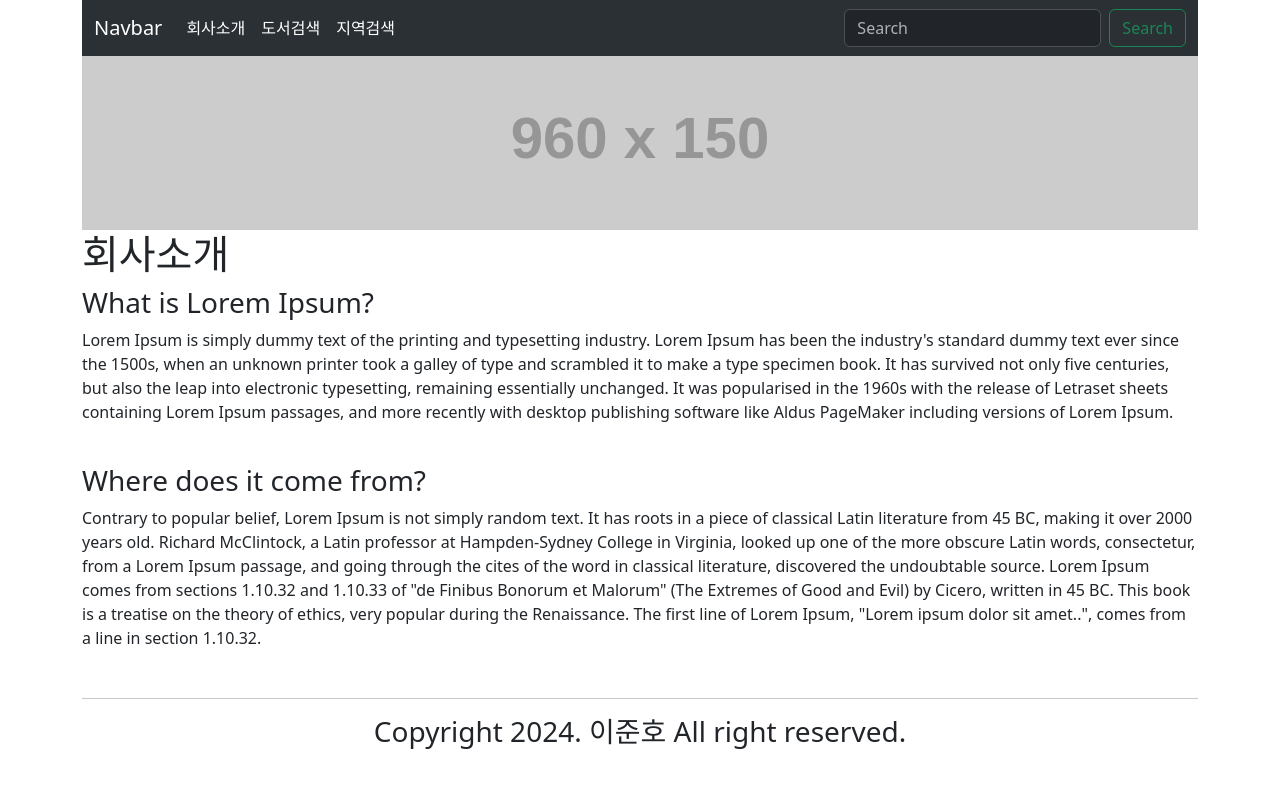
Repository: Simon-JunhoLee/KOSMO_JSP
Page: http://localhost/ex01/
The author's editor kept a copy of each file at every save. The page is drawn from the files as they stood at one save, then again after the next save.
The browser window is 1280 px wide. The pictures show the whole page.
The page is served by Tomcat 9. Other server files are loaded and not shown.

Above is the page before, as saved 2024-04-29 02:41:47.

### ex01/src/main/webapp/home.jsp
<%@ page language="java" contentType="text/html; charset=UTF-8"
    pageEncoding="UTF-8"%>
<!DOCTYPE html>
<html>
<head>
	<meta charset="UTF-8">
	<title>홈페이지</title>
	<link href="https://cdn.jsdelivr.net/npm/bootstrap@5.3.3/dist/css/bootstrap.min.css" rel="stylesheet" integrity="sha384-QWTKZyjpPEjISv5WaRU9OFeRpok6YctnYmDr5pNlyT2bRjXh0JMhjY6hW+ALEwIH" crossorigin="anonymous">
	<script src="https://cdn.jsdelivr.net/npm/bootstrap@5.3.3/dist/js/bootstrap.bundle.min.js" integrity="sha384-YvpcrYf0tY3lHB60NNkmXc5s9fDVZLESaAA55NDzOxhy9GkcIdslK1eN7N6jIeHz" crossorigin="anonymous"></script>
</head>
<body>
	<div class="container">
		<jsp:include page="menu.jsp"/>
		<jsp:include page="top.jsp"/>
		<jsp:include page="${pageName}"/>
		<jsp:include page="bottom.jsp"/>
	</div>
</body>
</html>

### ex01/src/main/webapp/menu.jsp
<%@ page language="java" contentType="text/html; charset=UTF-8"
    pageEncoding="UTF-8"%>
<nav class="navbar bg-dark navbar-expand-lg bg-body-tertiary" data-bs-theme="dark">
	<div class="container-fluid">
		<a class="navbar-brand" href="#">Navbar</a>
		<button class="navbar-toggler" type="button" data-bs-toggle="collapse"
			data-bs-target="#navbarSupportedContent"
			aria-controls="navbarSupportedContent" aria-expanded="false"
			aria-label="Toggle navigation">
			<span class="navbar-toggler-icon"></span>
		</button>
		<div class="collapse navbar-collapse" id="navbarSupportedContent">
			<ul class="navbar-nav me-auto mb-2 mb-lg-0">
				<li class="nav-item">
					<a class="nav-link active" aria-current="page" href="/">회사소개</a>
				</li>
				<li class="nav-item">
					<a class="nav-link active" aria-current="page" href="/kakao/book">도서검색</a>
				</li>
				<li class="nav-item">
					<a class="nav-link active" aria-current="page" href="/kakao/local">지역검색</a>
				</li>
			</ul>
			<form class="d-flex" role="search">
				<input class="form-control me-2" type="search" placeholder="Search"
					aria-label="Search">
				<button class="btn btn-outline-success" type="submit">Search</button>
			</form>
		</div>
	</div>
</nav>

### ex01/src/main/webapp/top.jsp
<%@ page language="java" contentType="text/html; charset=UTF-8"
    pageEncoding="UTF-8"%>
<div>
	<img alt="" src="http://via.placeholder.com/960x150" width="100%">
</div>

### ex01/src/main/webapp/about.jsp
<%@ page language="java" contentType="text/html; charset=UTF-8"
    pageEncoding="UTF-8"%>
<div>
	<h1>회사소개</h1>
	<h3>What is Lorem Ipsum?</h3>
	<p>Lorem Ipsum is simply dummy text of the printing and typesetting industry.
	Lorem Ipsum has been the industry's standard dummy text ever since the 1500s,
	when an unknown printer took a galley of type and scrambled it to make a type specimen book.
	It has survived not only five centuries, but also the leap into electronic typesetting, remaining essentially unchanged.
	It was popularised in the 1960s with the release of Letraset sheets containing Lorem Ipsum passages,
	and more recently with desktop publishing software like Aldus PageMaker including versions of Lorem Ipsum.</p> <br>
	<h3>Where does it come from?</h3>
	<p>Contrary to popular belief, Lorem Ipsum is not simply random text.
	It has roots in a piece of classical Latin literature from 45 BC, making it over 2000 years old.
	Richard McClintock, a Latin professor at Hampden-Sydney College in Virginia, looked up one of the more obscure Latin words, consectetur, from a Lorem Ipsum passage,
	and going through the cites of the word in classical literature, discovered the undoubtable source.
	Lorem Ipsum comes from sections 1.10.32 and 1.10.33 of "de Finibus Bonorum et Malorum" (The Extremes of Good and Evil) by Cicero, written in 45 BC.
	This book is a treatise on the theory of ethics, very popular during the Renaissance.
	The first line of Lorem Ipsum, "Lorem ipsum dolor sit amet..", comes from a line in section 1.10.32.</p>
</div>

### ex01/src/main/webapp/bottom.jsp
<%@ page language="java" contentType="text/html; charset=UTF-8"
    pageEncoding="UTF-8"%>
<div class="text-center my-5">
	<hr>
	<h3>Copyright 2024. 이준호 All right reserved.</h3>
</div>

### ex01/src/main/java/controller/IndexServlet.java
package controller;

import java.io.IOException;

import javax.servlet.RequestDispatcher;
import javax.servlet.ServletException;
import javax.servlet.annotation.WebServlet;
import javax.servlet.http.HttpServlet;
import javax.servlet.http.HttpServletRequest;
import javax.servlet.http.HttpServletResponse;


@WebServlet("/")
public class IndexServlet extends HttpServlet {
	private static final long serialVersionUID = 1L;

	protected void doGet(HttpServletRequest request, HttpServletResponse response) throws ServletException, IOException {
		System.out.println("/홈페이지 실행");
		RequestDispatcher dis = request.getRequestDispatcher("/home.jsp");
		request.setAttribute("pageName", "/about.jsp");
		dis.forward(request, response);
	}

	protected void doPost(HttpServletRequest request, HttpServletResponse response) throws ServletException, IOException {

	}
}

After the next save:
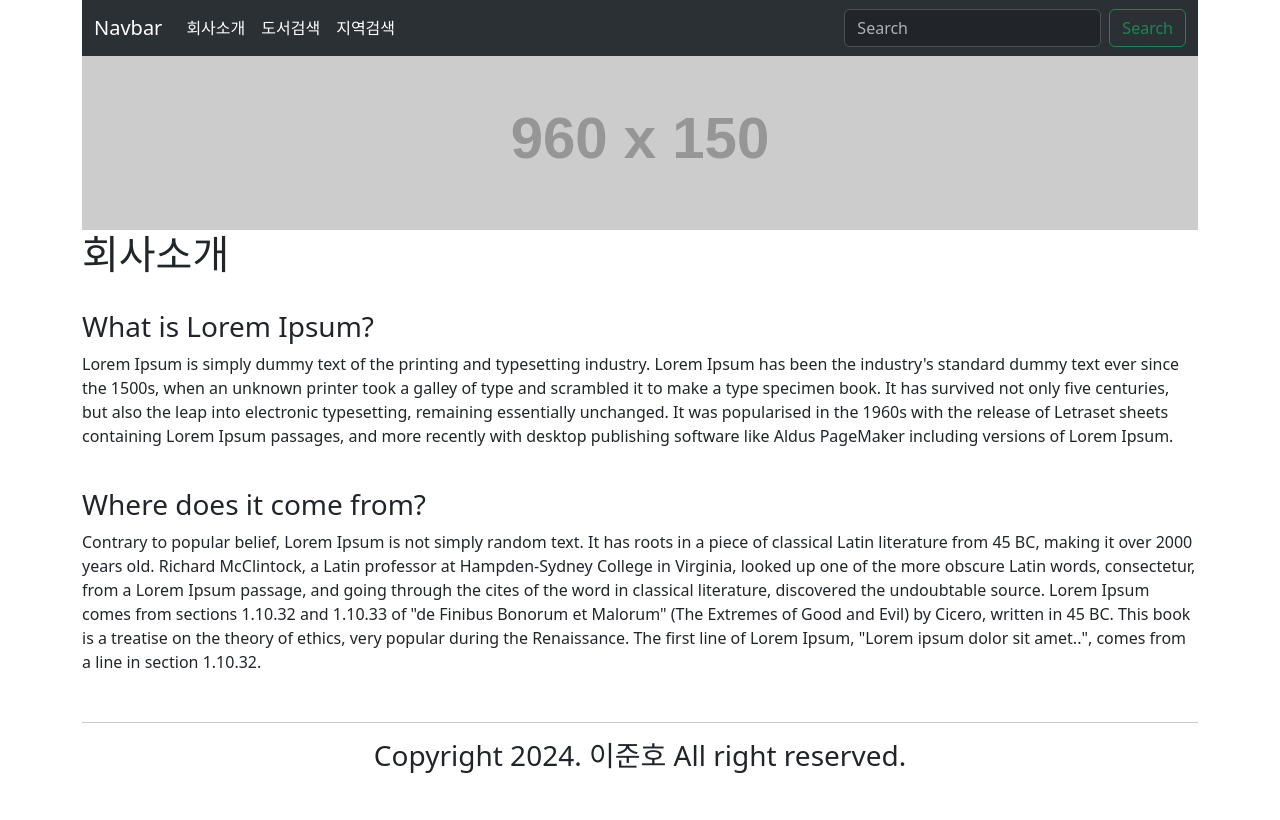
Saved 49 s later.
--- a/ex01/src/main/webapp/about.jsp
+++ b/ex01/src/main/webapp/about.jsp
@@ -1,7 +1,7 @@
 <%@ page language="java" contentType="text/html; charset=UTF-8"
     pageEncoding="UTF-8"%>
 <div>
-	<h1>회사소개</h1>
+	<h1>회사소개</h1><br>
 	<h3>What is Lorem Ipsum?</h3>
 	<p>Lorem Ipsum is simply dummy text of the printing and typesetting industry.
 	Lorem Ipsum has been the industry's standard dummy text ever since the 1500s,
